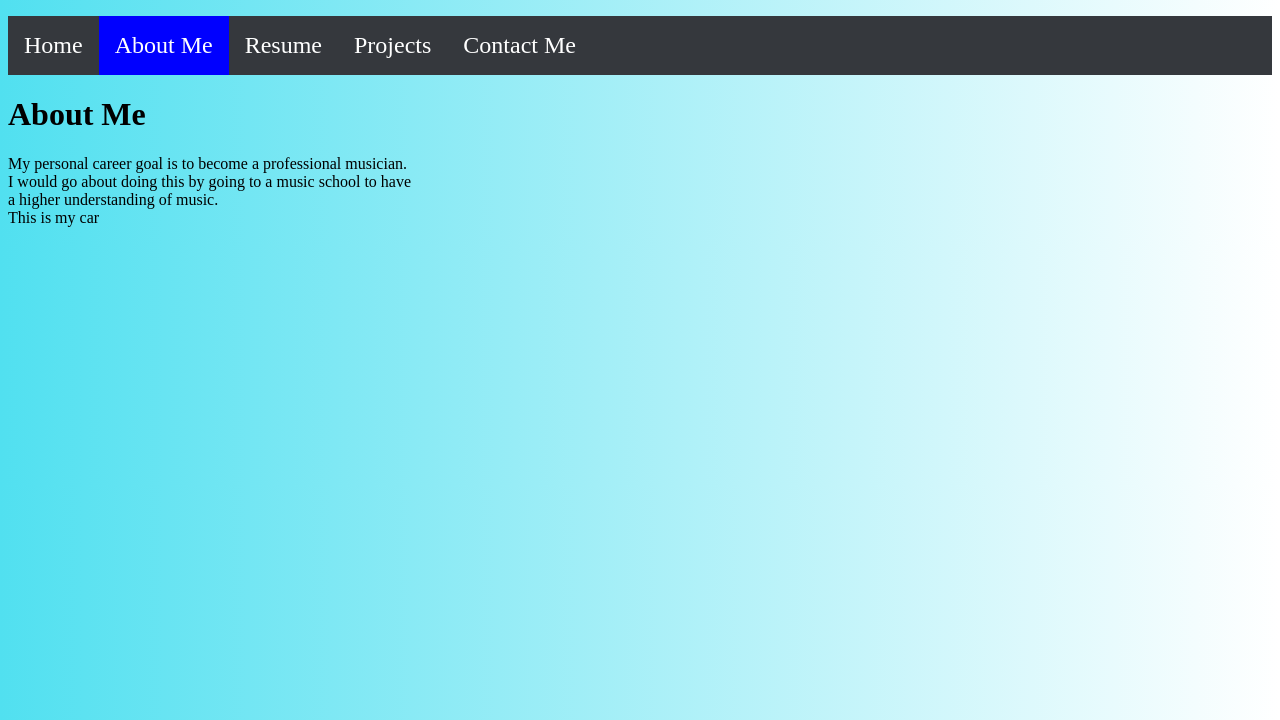
Repository: MasonSingleterry/MasonSingleterry.github.io
Page: aboutme.html
The author's editor kept a record of every edit. The page is drawn from the files as they stood at one moment, then again after the next edit.
The browser window is 1280 px wide. The pictures show the whole page.

Above is the page before.

### aboutme.html
<!DOCTYPE html>
<html>
    <head>
        <title>About Me</title>
        <link rel = "stylesheet" type = "text/css" href = "style.css"
    </head>
    <body class = "body">
        <ul class = "navbar">
            <li><a href = "index.html">Home</a></li>
            <li class = "active"><a href = "aboutme.html">About Me</a></li>
            <li><a href = "resume.html">Resume</a></li>
            <li class = "dropdown">
                <div>Projects</div>
                <ul class = "dropdown-content">
                    <li><a href = "project1.hmtl">project 1</a></li>
                    <li><a href = "project2.html">project 2</a></li>
                    <li><a href = "project3.html">project 3</a></li>
                </ul>
            </li>
            <li><a href = "contactme.html">Contact Me</a></li>
        </ul>
        <h1>About Me</h1>
        <P>
            My personal career goal is to become a professional musician.
            <br>
            I would go about doing this by going to a music school to have <br> a higher understanding of music.
            <br>
            This is my car

        </P>
    </body>
</html>

### style.css
            .body {
                background-image: linear-gradient(90deg, #51e0f0,  #FFFFFF);
                color: #00000;
            }

            .navbar {
                list-style: none;
                background-color: #35383d;
                overflow: hidden;
                padding: 0;
            }

            .navbar a, .dropdown div {
                text-decoration: none;
                color: #ffffff;
                font-size: 24px;
                padding: 16px;
                display: inline-block;
            }

            .navbar li {
                float: left;
            }

            .navbar li:hover {
                background-color: #7FFF00;
            }

            .dropdown-content {
                list-style: none;
                padding: 0;
                display: none;
                position: absolute;
                Z-index: 1;
            }
            .dropdown-content li {
                background-color: #35383d;
                float: none;
            }

            .dropdown:hover .dropdown-content {
                display: block;
            }

            .active {
                background-color: blue;
            }

After the next edit:
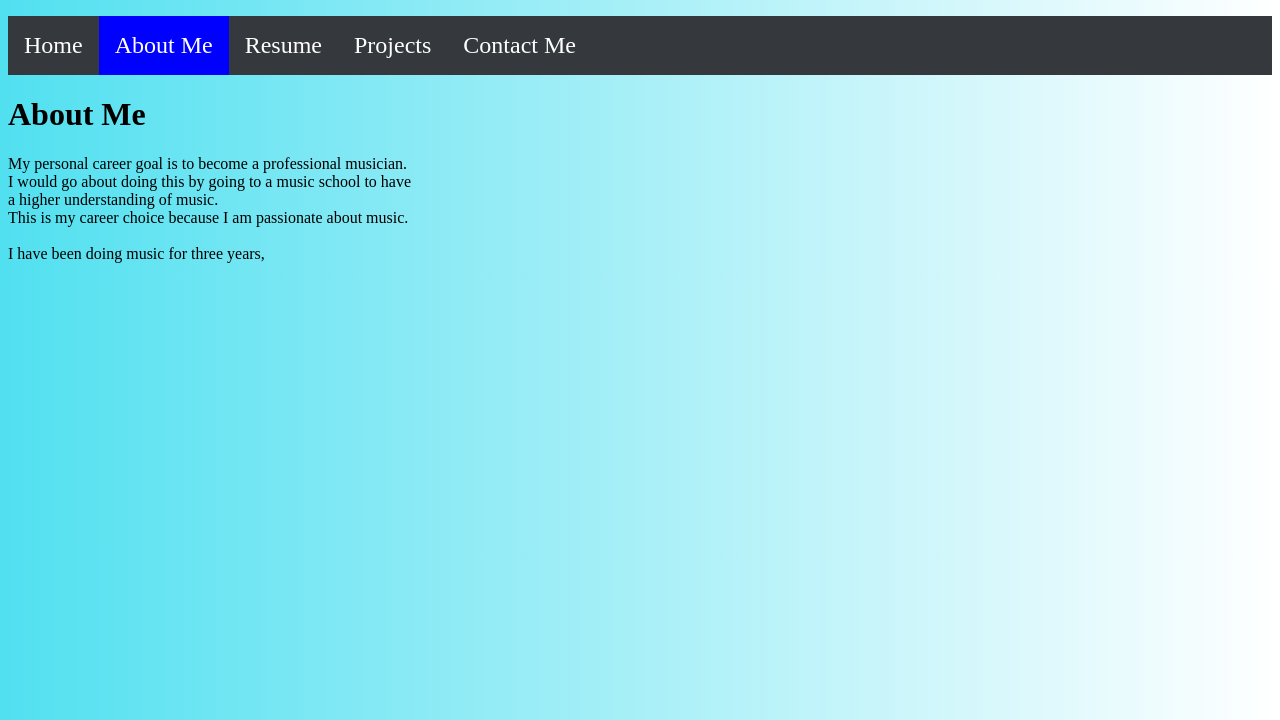
The edit:
--- a/aboutme.html
+++ b/aboutme.html
@@ -25,7 +25,10 @@
             <br>
             I would go about doing this by going to a music school to have <br> a higher understanding of music.
             <br>
-            This is my car
+            This is my career choice because I am passionate about music.<br>
+            <br>
+            I have been doing music for three years,
+
 
         </P>
     </body>
